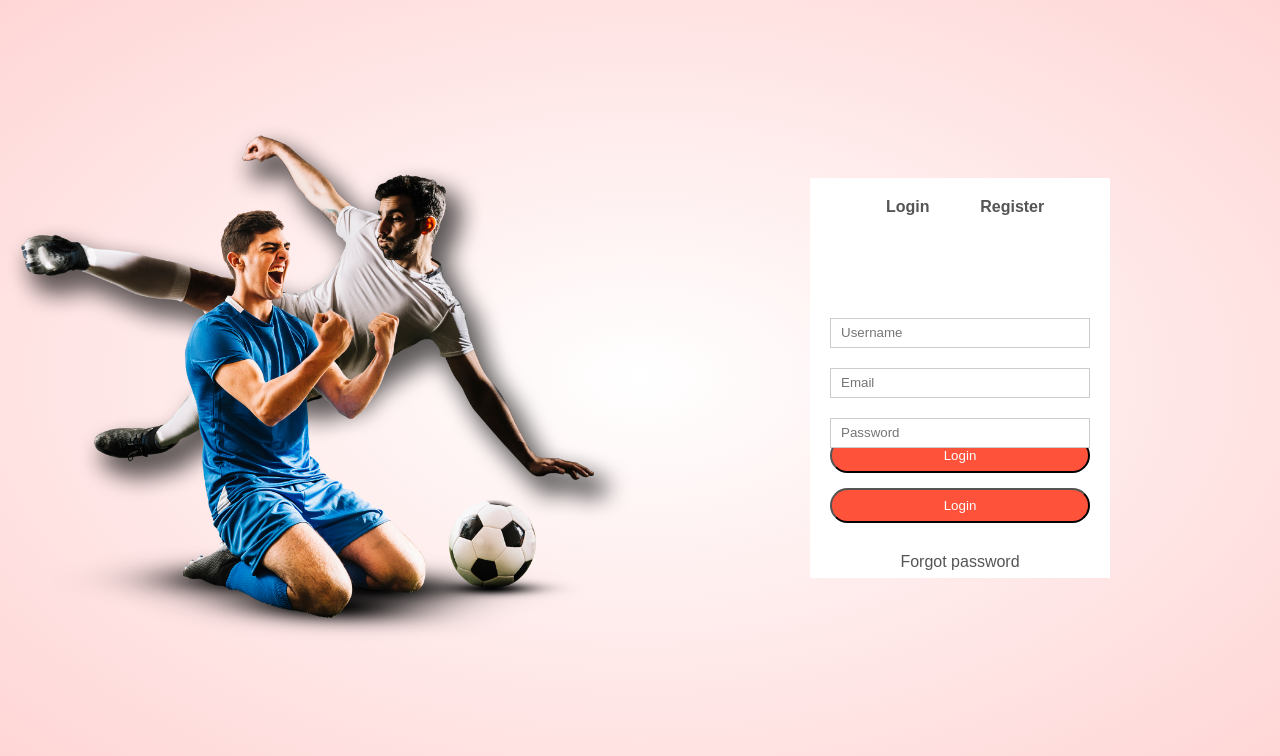
Repository: ritikalohia/tepid-frontend
Page: account.html
These files come from the project's save history. The page is drawn as it stood at one moment and after a run of saves; the edit follows.
The browser window is 1280 px wide. The pictures show the whole page.

Above is the page before, as saved 2021-06-09 12:31:40.

### account.html
<!DOCTYPE html>
<html lang="en">
<head>
    <meta charset="UTF-8">
    <meta http-equiv="X-UA-Compatible" content="IE=edge">
    <meta name="viewport" content="width=device-width, initial-scale=1.0">
    <link rel="stylesheet" href="style.css">
    <title>Document</title>
</head>
<body>
    <!---account page------>
    <div class="account-page">
        <div class="row">
            <div class="col-2">
                <img src="images/image1.png" width="100%" alt="">
            </div>
            <div class="col-2">
                <div class="form-container">
                    <div class="form-btn">
                        <span>Login</span>
                        <span>Register</span>
                    </div>
                    <form>
                        <input type="text" placeholder="Username">
                        <input type="password" placeholder="Password">
                        <button type="submit" class="btn">Login</button>
                        <a href=""> Forgot password</a>
                    </form>

                    <form>
                        <input type="text" placeholder="Username">
                        <input type="email" placeholder="Email">
                        <input type="password" placeholder="Password">
                        <button type="submit" class="btn">Login</button>
                        <a href=""> Forgot password</a>
                    </form>
                </div>
            </div>

        </div>
    </div>


</body>
</html>

### style.css


*{
    margin: 0;
    padding: 0;
    box-sizing: border-box;
}

body{
    font-family: 'Poppins', sans-serif;
}

.navbar{
    display: flex;
    align-items: center;
    padding: 20px;
}

nav{
    flex: 1;
    text-align: right;
}

nav ul{
    display: inline-block;
    list-style-type: none;
}

nav ul li{
    display: inline-block;
    margin-right: 20px;
}

a{
    text-decoration: none;
    color: #555;
}

p{
    color: #555;
}

.container{
    max-width: 1300px;
    margin: auto;
    padding-left: 25px;
    padding-right: 25px;
}

.row{
    display: flex;
    align-items: center;
    flex-wrap: wrap;
    justify-content: space-around;
}

.col-2{
    flex-basis: 50%;
    min-width: 300px;
}

.col-2 img{
    max-width:100%;
    padding: 50px 0;
}

.col-2 h1{
    font-size: 50px;
    line-height: 60px;
    margin: 25px 0;
}

.btn{
    display: inline-block;
    background: #ff523b;
    color: #fff;
    margin: 30px 0;
    padding: 8px 30px;
    border-radius: 30px;
    transition: background 0.5s;
}

.btn:hover{
     background: #563434;
}

.header{
    background: radial-gradient(#fff, #ffd6d6);
}

.header .row{
    margin-top: 70px;
}

.categories{
    margin: 70px 0;
}

.col-3{
    flex-basis: 30%;
    min-width: 250px;
    margin-bottom: 30px;
}

.col-3 img{
    width: 100%;
}

.small-container{
    max-width: 1080px;
    margin: auto;
    padding-right: 25px;
    padding-left: 25px;
}

.col-4{
    flex-basis: 25%;
    padding: 10px;
    min-width: 200px;
    margin-bottom: 50px;
    transition: transform 0.5s;
}

.col-4 img{
    width: 100%;
}

.title{
    text-align: center;
    margin: 0 auto 80px;
    position: relative;
    line-height: 60px;
    color: #555;
}

.title::after{
    content: '';
    background: #ff523b;
    width: 80px;
    height: 5px;
    border-radius: 5px;
    position: absolute;
    bottom: 0;
    left: 50%;
    transform: translateX(-50%);
}

.title h4{
    color: #555;
    font-weight: normal;
}

.col-4 p{
    font-size: 14px;
}

.rating .fa{
    color: #ff523b;
}

.col-4:hover{
    transform: translateY(-5px);
}

/*----offer----*/
.offer{
    background: radial-gradient(#fff, #ffd6d6);
    margin-top: 80px;
    padding: 30px 0;
}

.col-2 .offer-img{
    padding: 50px;
}

small{
    color: #555;
}

/*Testimonial*/

.testimonial .col-3{
    text-align: center;
    padding: 40px 20px;
    box-shadow: 0 0 20px 0px rgba(0, 0, 0, 0.1);
    cursor: pointer;
    transition: transform 0.5s;
}

.testimonial .col-3 img{
    width: 50px;
    margin-top: 20px;
    border-radius: 50%;
}

.testimonial .col-3:hover{
    transform: translateY(-10px);
}

.fa.fa-qoute-left{
    font-size: 34px;
    color: #ff523b;
}

.col-3 p{
    font-size: 12px;
    margin: 12px 0;
    color: #777;
}

.testimonial .col-4 h3{
    font-weight: 600;
    color:#555;
    font-size: 16px;
}

/*-----------brands--------------*/
.brands{
    margin: 100px auto;
}

.col-5{
    width: 160px;
}

.col-5 img{
    width: 100%;
    cursor: pointer;
    filter: grayscale(100%);
}

.col-5 img:hover{
    filter: grayscale(0);
}


/*-------------footer---------------*/

.footer{
    background: #000;
    color: #8a8a8a;
    font-size: 14px;
    padding: 60px 0 20px;
}

.footer p {
    color: #8a8a8a;
}

.footer h3{
    color: #fff;
    margin-bottom: 20px;
}

.footer-col-1, .footer-col-2, .footer-col-3, .footer-col-4{
    min-width: 250px;
    margin-bottom: 20px;
}

.footer-col-1{
    flex-basis: 30%;
}

.footer-col-2{
    flex: 1;
    text-align: center;
}

.footer-col-2 img{
    width: 180px;
    margin: 20px;
}

.footer-col-3, .footer-col-4{
    flex-basis: 12%;
    text-align: center;
}

ul{
    list-style-type: none;
}

.app-logo{
    margin-top: 20px;
}

.app-logo img{
    width: 140px;
}

.footer hr{
    border: none;
    background: #b5b5b5;
    margin: 20px 0;
    height: 1px;
}

.copyright{
     text-align: center;
}

.menu-icon{
    width: 28px;
    margin-left: 20px;
    display: none;
}


/*-------------media query-------------*/
@media only screen and (max-width:800px){
    nav ul{
        position: absolute;
        top: 70px;
        left: 0;
        background: #333;
        width: 100%;
        overflow: hidden;
        transition: max-height 0.5s;
    }

    nav ul li{
        display: block;
        margin-right: 50px;
        margin-top: 10px;
        margin-bottom: 10px;
    }

    nav ul li a{
        color: #fff;
    }

    .menu-icon{
        display: block;
        cursor: pointer;
    }
}

/* media query for less than 600 screen size */
@media only screen and (max-width:600px){
    .row{
        text-align: center;
    }

    .col-2, .col-3, .col-4{
        flex-basis: 100%;
    }
}




/*  all products page  */
.row-2{
    justify-content: space-between;
    margin: 100px auto 50px;
}

select{
    border: 1px solid #ff523b;
    padding: 5px;
}

select:focus{
    outline: none;
}

.page-btn{
    margin: 0 auto 80px;
}

.page-btn span{
    display: inline-block;
    border: 1px solid #ff523b;
    margin-left: 10px;
    width: 40px;
    height: 40px;
    text-align: center;
    line-height: 40px;
    cursor: pointer;
}


.page-btn span:hover{
    background: #ff523b;
    color: #fff;
}



/*--------Product page---------*/
.single-product{
    margin-top: 80px;
}

.single-product .col-2 img{
    padding: 0;
}

.single-product .col-2{
    padding: 20px;
}

.single-product h4{
    margin: 20px 0;
    font-size: 22px;
    font-weight: bold;
}

.single-product select{
    display: block;
    padding: 10px;
    margin-top: 20px;
}

.single-product input{
    width: 50px;
    height: 40px;
    padding-left: 10px;
    font-size: 20px;
    margin-right: 10px;
    border: 1px solid #ff523b;
}

input:focus{
    outline: none;
}

.single-product .fa{
    color: #ff523b;
    margin-left:  10px;
}

.small-img-row{
    display: flex;
    justify-content: space-around;
}

.small-img-col{
    flex-basis: 24%;
    cursor: pointer;
}

@media only screen and (max-width:600px){

    .single-product{
        text-align: left;
    }

    .single-product .col-2{
        padding: 20px 0;
    }
    .single-product h1{
        font-size: 26px;
        line-height: 22px;
    }
}


/*-------cart items------*/
.cart-page{
    margin: 80px auto;
}

table{
    width: 100%;
    border-collapse: collapse;
}

.cart-info{
    display: flex;
    flex-wrap: wrap;
}

th{
    text-align: left;
    padding: 5px;
    color: #fff;
    background: #ff523b;
    font-weight: normal;
}

td{
    padding: 10px 5px;
}

td input{
    width: 40px;
    height: 30px;
    padding: 5px;
}

td a{
    color: #ff523b;
    font-size: 12px;
}

td img{
    width: 80px;
    height: 80px;
    margin-right: 10px;
}

.total-price{
    display: flex;
    justify-content: flex-end;
}

.total-price table{
    border-top: 3px solid #ff523b;
    width: 100%;
    max-width: 400px;
}

td:last-child{
    text-align: right;
}

th:last-child{
    text-align: right;
}

@media only screen and (max-width:600px){
    .cart-info p{
        display: none;
    }
}



/* account page */
.account-page{
    padding: 50px 0;
    background: radial-gradient(#fff, #ffd6d6);
}

.form-container{
    background: #fff;
    width: 300px;
    height: 400px;
    position: relative;
    text-align: center;
    padding: 20px 0;
    margin: auto;
    box-shadow:  0 0 20 0 rgba(0, 0, 0, 0.1);
}

.form-container span{
    font-weight: bold;
    padding: 0 10px;
    color: #555;
    cursor: pointer;
    width: 100px;
    display: inline-block;
}

.form-btn{
   display: inline-block;
}

.form-container form{
    max-width: 300px;
    padding: 0 20px;
    position: absolute;
    top: 130px;
}

form input{
    width: 100%;
    height: 30px;
    margin: 10px 0;
    padding: 0 10px;
    border: 1px solid #ccc;
}

form .btn{
    width: 100%;
    border:
    cursor: pointer;

}

After the next 3 saves:
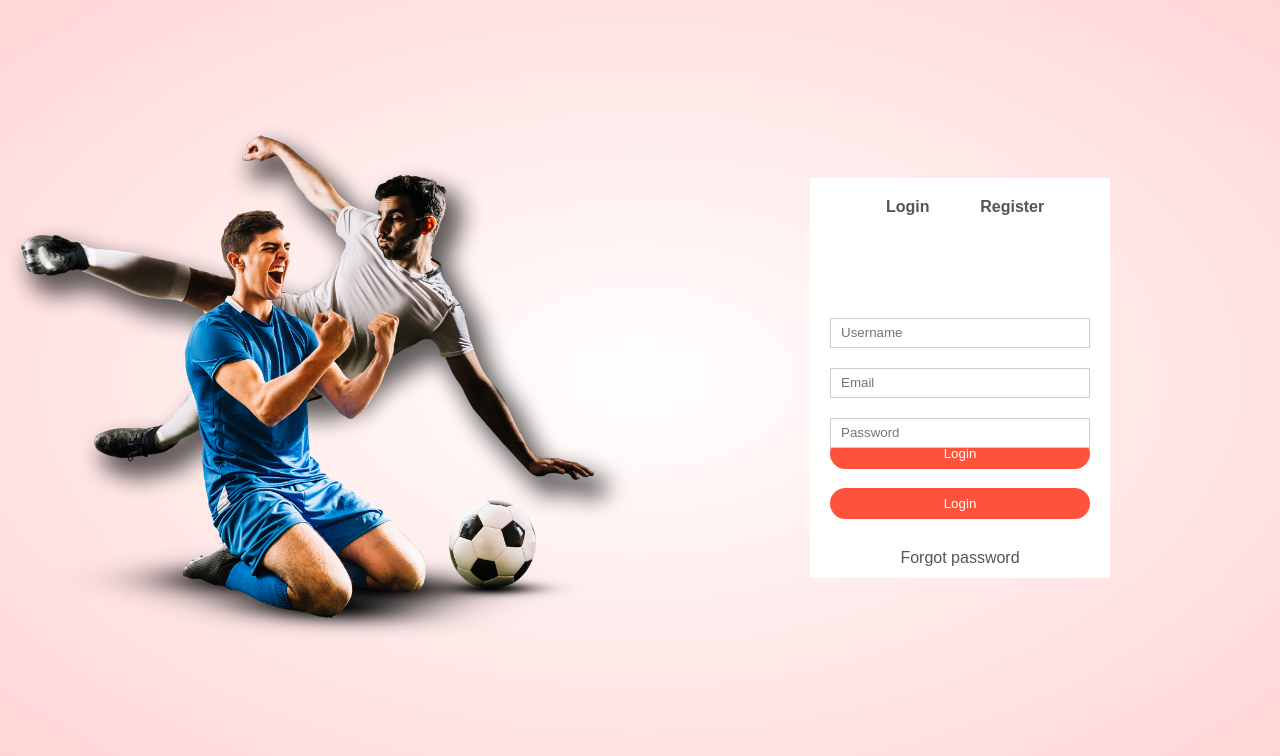
The 3 saves are shown as one change because they came seconds apart.
The last was saved 10 s later.
--- a/style.css
+++ b/style.css
@@ -574,7 +574,7 @@ form input{
 
 form .btn{
     width: 100%;
-    border:
+    border:none;
     cursor: pointer;
 
 }
